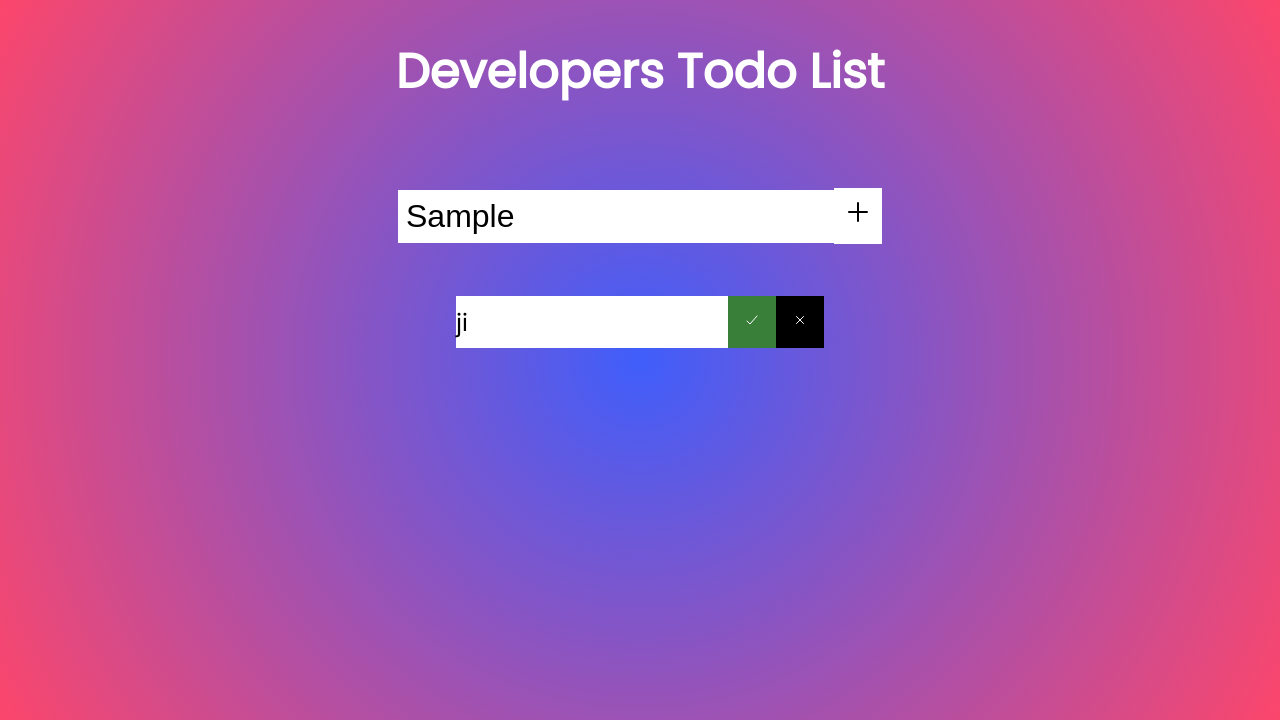
Repository: DevAntonioRogers/Vanilla-TodoList
Page: index.html
An editor plug-in stored every save of this project. The page is shown before and after the next save, followed by the edit.
The browser window is 1280 px wide. The pictures show the whole page.
Empty fields were first filled with sample values (such as "Sample", 5 or name@example.com).
After loading, the first visible `button.todo-button` was clicked once.

Above is the page before, as saved 2023-05-12 00:21:06.

### index.html
<!DOCTYPE html>
<html lang="en">
  <head>
    <meta charset="UTF-8" />
    <meta http-equiv="X-UA-Compatible" content="IE=edge" />
    <meta name="viewport" content="width=device-width, initial-scale=1.0" />
    <link rel="preconnect" href="https://fonts.googleapis.com" />
    <link rel="preconnect" href="https://fonts.gstatic.com" crossorigin />
    <link href="https://fonts.googleapis.com/css2?family=Poppins&display=swap" rel="stylesheet" />
    <link rel="stylesheet" href="style.css" />
    <title>To-do</title>
  </head>
  <body>
    <header>
      <h1>Developers Todo List</h1>
    </header>
    <form action="">
      <input type="text" class="todo-input" />
      <button class="todo-button">
        <ion-icon name="add-outline"></ion-icon>
      </button>
    </form>

    <div class="todo-container">
      <ul class="todo-list"></ul>
    </div>

    <script type="module" src="https://unpkg.com/ionicons@7.1.0/dist/ionicons/ionicons.esm.js"></script>
    <script nomodule src="https://unpkg.com/ionicons@7.1.0/dist/ionicons/ionicons.js"></script>
    <script src="app.js"></script>
  </body>
</html>

### style.css
* {
  padding: 0;
  box-sizing: border-box;
  margin: 0;
}

body {
  background: rgb(63, 94, 251);
  background: radial-gradient(circle, rgba(63, 94, 251, 1) 0%, rgba(252, 70, 107, 1) 100%);
  color: white;
  font-family: "Poppins", sans-serif;
  min-height: 100vh;
}

header {
  font-size: 1.5rem;
}

header,
form {
  min-height: 20vh;
  display: flex;
  align-items: center;
  justify-content: center;
}

form input,
form button {
  padding: 0.5rem;
  font-size: 2rem;
  background-color: white;
  border: none;
}

form button {
  color: black;
  cursor: pointer;
  background-color: white;
}

.todo-container {
  display: flex;
  justify-content: center;
  align-items: center;
}

.todo-list {
  min-width: 30%;
  list-style: none;
}

.todo {
  margin: 0.5rem;
  background-color: white;
  color: black;
  font-size: 1.5rem;
  display: flex;
  justify-content: space-between;
  align-items: center;
}

.todo li {
  flex: 1;
}

.delete-btn,
.complete-btn {
  background-color: black;
  color: white;
  border: none;
  padding: 1rem;
  cursor: pointer;
  font-size: 1rem;
}

.complete-btn {
  background-color: rgb(57, 127, 57);
}

### app.js
const todoInput = document.querySelector('.todo-input')
const todoButton = document.querySelector('.todo-button')
const todoList = document.querySelector('.todo-list')

todoButton.addEventListener('click', (e) => {
  e.preventDefault()
  const todoDiv = document.createElement('div')
  todoDiv.classList.add('todo')
  const newTodo = document.createElement('li')
  newTodo.innerText = 'ji'
  newTodo.classList.add('todo-item')
  todoDiv.appendChild(newTodo)
  console.log(newTodo)

  const completedButton = document.createElement('button')
  completedButton.innerHTML = '<ion-icon name="checkmark-outline"></ion-icon>'
  completedButton.classList.add('complete-btn')
  todoDiv.appendChild(completedButton)

  const deleteButton = document.createElement('button')
  deleteButton.innerHTML = '<ion-icon name="close-outline"></ion-icon>'
  deleteButton.classList.add('delete-btn')
  todoDiv.appendChild(deleteButton)

  todoList.appendChild(todoDiv)
})

After the next save:
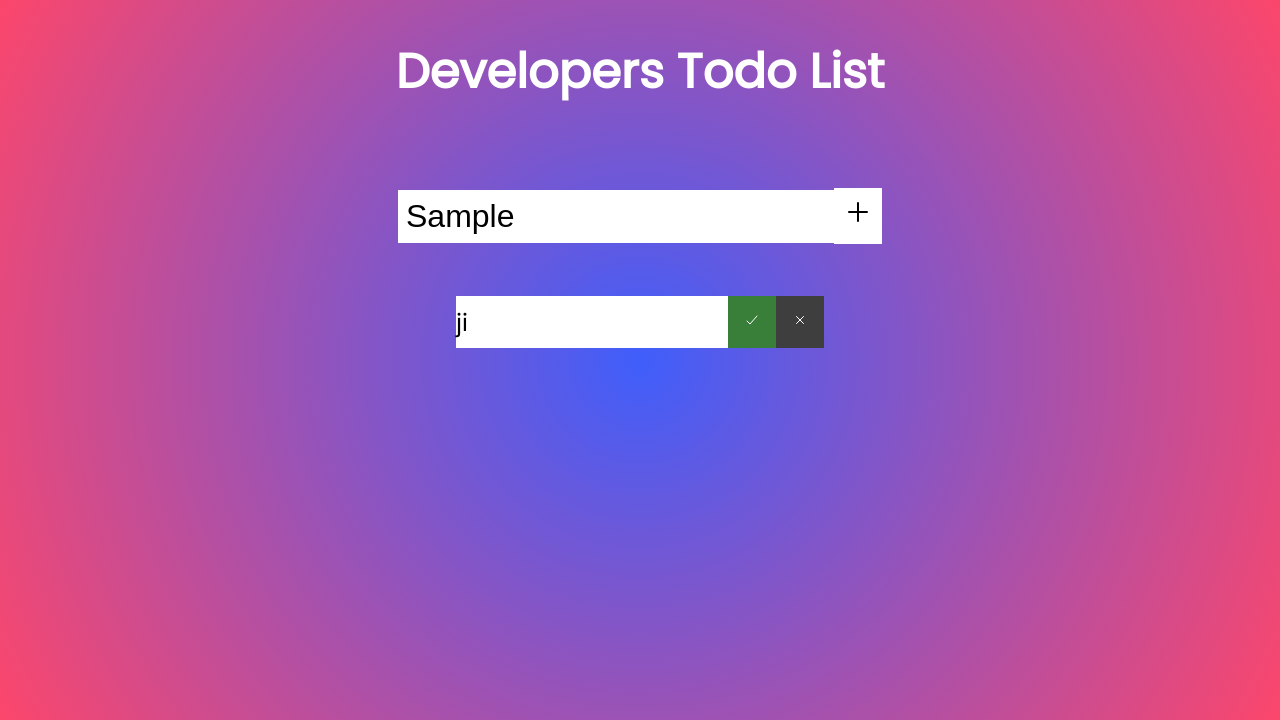
Saved 13 s later.
--- a/style.css
+++ b/style.css
@@ -65,7 +65,7 @@ form button {
 
 .delete-btn,
 .complete-btn {
-  background-color: black;
+  background-color: rgb(63, 62, 62);
   color: white;
   border: none;
   padding: 1rem;
